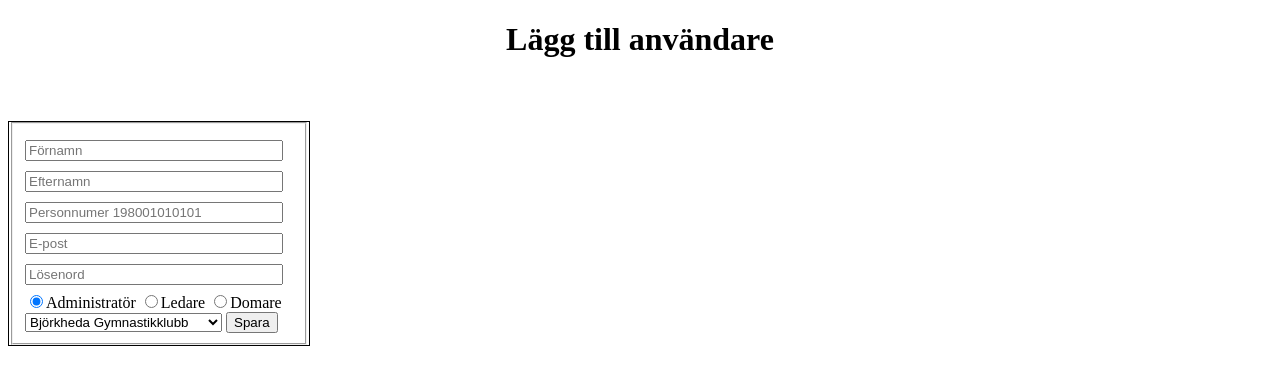
Repository: js223kz/1DV404_HT14_E4_4_JS223KZ
Page: adduser.html
The author's editor kept a record of every edit. The page is drawn from the files as they stood at one moment, then again after the next edit.
The browser window is 1280 px wide. The pictures show the whole page.
Some web fonts or font styles are not loaded; a fallback is used.

Above is the page before.

### adduser.html
<!DOCTYPE html>
<html>
    <head>
        <meta charset="UTF-8">
        <title>Iterativ - Laboration 4 - Projektet</title>
        <link rel="stylesheet" href="css/main.css">
        <link href='https://fonts.googleapis.com/css?family=Princess+Sofia' rel='stylesheet' type='text/css'>
    </head>
    <body>
        <header id="indexheader">
            <h1 id="headertext">Lägg till användare</h1>
        </header>
        <main>
            <form id="adduserform">
                <fieldset>
                    <input class="adduserinput" type="text" name="firstname" placeholder="Förnamn">
                    <input class="adduserinput" type="text" name="lastname" placeholder="Efternamn">
                    <input class="adduserinput" type="number" name="socialsecnumber" placeholder="Personnumer 198001010101"/>
                    <input class="adduserinput" type="email" name="email" placeholder="E-post">
                    <input class="adduserinput" type="text" name="pwd" placeholder="Lösenord">
                    <input class="adduserradio" type="radio" name="admin" placeholder="Administratör" checked>Administratör
                    <input class="adduserradio" type="radio" name="leader" placeholder="Ledare">Ledare
                    <input class="adduserradio" type="radio" name="judge" placeholder="Domare">Domare
                    <select class ="dropdownlist" name="clubs">
                        <option value="Björkheda Gymnastikklubb">Björkheda Gymnastikklubb</option>
                        <option value="Malmöflickorna">Malmöflickorna</option>
                        <option value="Kämpinge Gymnastikförening">Kämpinge Gymnastikförening</option>
                    </select>
                    <button type="submit" value="spara">Spara</button>
                </fieldset>
            </form>
        </main>
        <script src="js/AddUser.js"></script>
    </body>
</html>

### css/main.css
#indexheader{
    width: 100%;
    height: 100px;
}
#headertext{
    width: 50%;
    position: relative;
    margin-left: auto;
    margin-right: auto;
    text-align: center;
}
#loginbutton{
    position:absolute;
    right: 5%;
    top: 4%;
    float: left;
}
#loginwrapper{
   width: 300px;
   height: 300px;
   border: 1px solid #000;
   margin-right: auto;
   margin-left: auto;
}
#adduserform{
    border: 1px solid #000;
    width: 300px;
    height: auto;
}
.adduserinput{
    width: 250px;
    margin-top: 10px;
}
.adduserradio{
    margin-top: 10px;
}

Loaded but not shown: js/AddUser.js (no copy from this time; the picture is the same without it)

After the next edit:
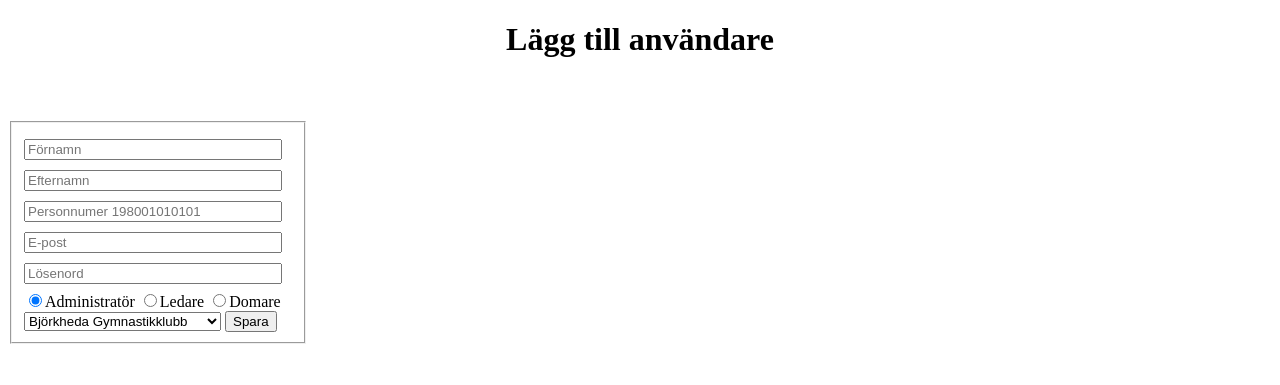
The edit:
--- a/css/main.css
+++ b/css/main.css
@@ -23,7 +23,6 @@
    margin-left: auto;
 }
 #adduserform{
-    border: 1px solid #000;
     width: 300px;
     height: auto;
 }
